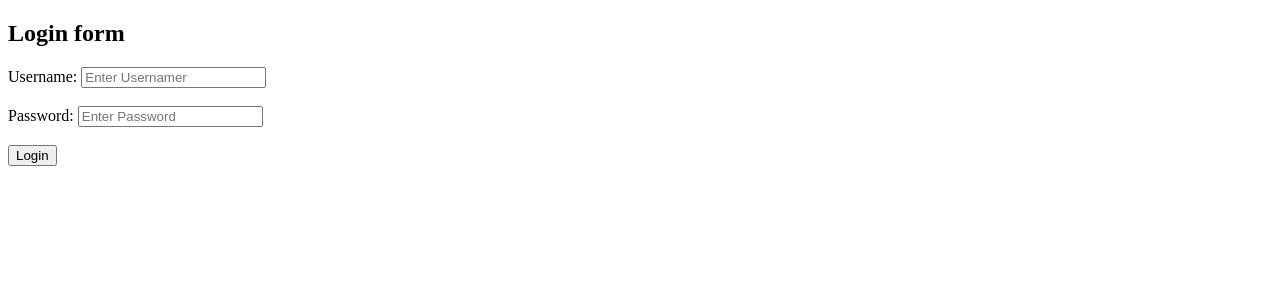
Repository: Glory998/ELCE1-32
Page: form.html
An editor plug-in stored every save of this project. The page is shown before and after the next save, followed by the edit.
The browser window is 1280 px wide. The pictures show the whole page.

Above is the page before, as saved 2025-10-27 11:14:10.

After the next save:
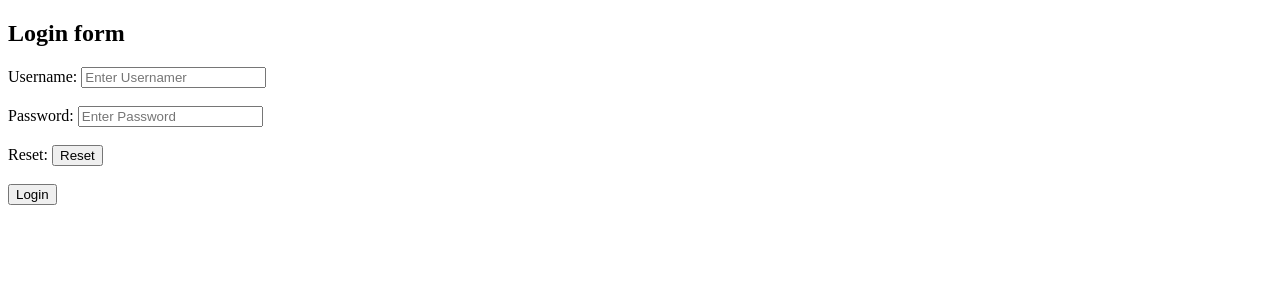
Saved 4 min 31 s later.
--- a/form.html
+++ b/form.html
@@ -15,7 +15,9 @@ required><br><br>
 <input type="Password"
 name="password" placeholder="Enter Password" required><br><br>
 
-<label></label>
+<label>Reset:</label>
+<input type="Reset"
+name="reset" placeholder="Enter Reset" required><br><br>
 
 <input type="submit" value="Login">
 </form>
